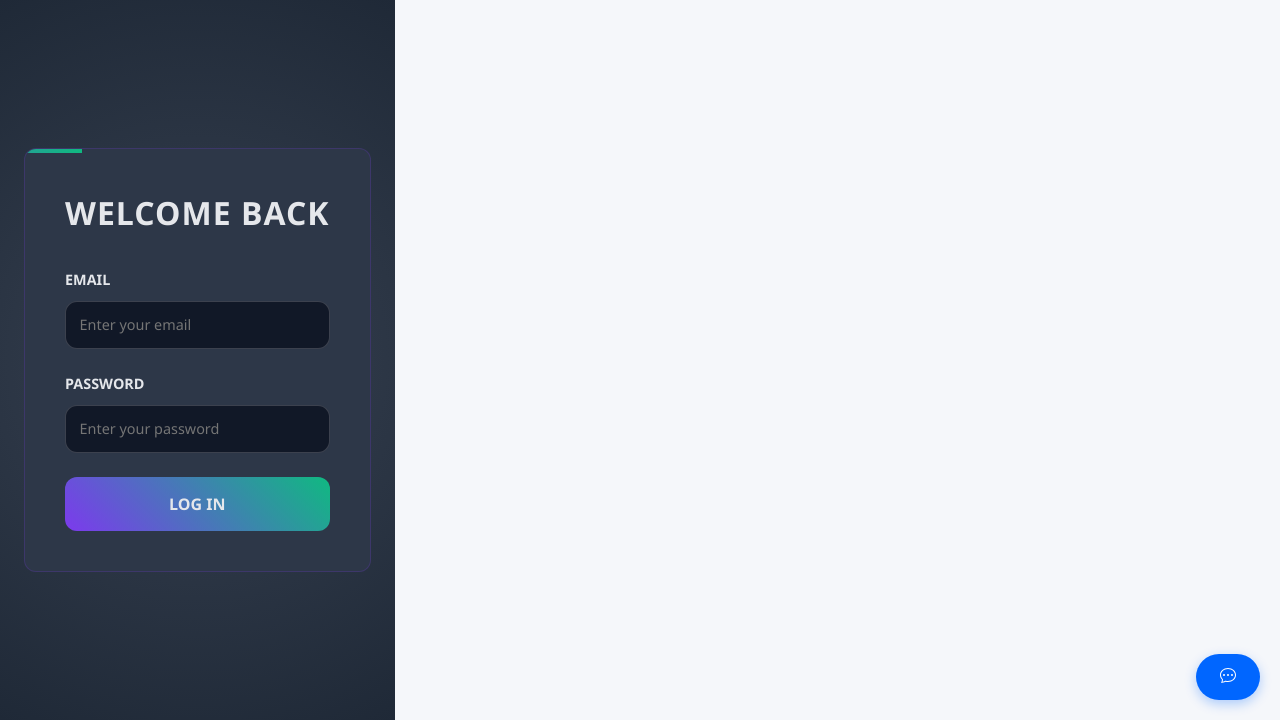
Repository: ferhadsultan98/e-commerce
Page: /
The author's editor kept a copy of each file at every save. The page is drawn from the files as they stood at one save, then again after a run of saves.
The browser window is 1280 px wide. The pictures show the whole page.
The project was rebuilt for these pictures with package versions that can differ from the ones it lists, and the page was loaded fresh each time. Also part of the build but not shown: vite.config.js, src/client/Styles/Products.scss, src/client/Pages/Products/ProductCard.jsx, src/client/Pages/Products/Products.jsx, src/client/Styles/TechSlider.scss, src/client/Pages/TechSlider/TechSlider.jsx, src/client/Styles/TopHeader.scss, src/client/Components/Header/TopHeader.jsx and 28 more.

Above is the page before, as saved 2025-04-22 16:58:15.

### index.html
<!doctype html>
<html lang="en">
  <head>
    <meta charset="UTF-8" />
<link rel="shortcut icon" href="/src/client/Assets/bluelogo.png" type="image/x-icon">
    <meta name="viewport" content="width=device-width, initial-scale=1.0" />
    <title>TechStore</title>
  </head>
  <body>
    <div id="root"></div>
    <script type="module" src="/src/main.jsx"></script>
  </body>
</html>

### src/App.jsx
import React, { useState, useEffect } from 'react';
import './App.scss';
import Router from './Router';
import ChatWidget from './client/Components/Chat/ChatWidget';
import ScrollButton from './client/Components/ScrollButton/ScrollButton';

function App() {
  const [isAuthenticated, setIsAuthenticated] = useState(
    sessionStorage.getItem('isAuthenticated') === 'true'
  );

  useEffect(() => {
    sessionStorage.setItem('isAuthenticated', isAuthenticated);
  }, [isAuthenticated]);

  const handleLogin = () => {
    setIsAuthenticated(true);
  };

  const handleLogout = () => {
    setIsAuthenticated(false);
    sessionStorage.removeItem('isAuthenticated');
  };

  return (
    <>
    <Router
      isAuthenticated={isAuthenticated}
      handleLogin={handleLogin}
      handleLogout={handleLogout}
    />
    <ChatWidget/>
    <ScrollButton/>
    </>
  );
}

export default App;

### src/App.scss
*{
  margin: 0;
  padding: 0;
  box-sizing: border-box;
  font-family: 'Segoe UI', Tahoma, Geneva, Verdana, sans-serif;
}
body{
  background-color: #f5f7fa;
}

### src/client/Components/ScrollButton/ScrollButton.jsx
import React, { useState, useEffect } from "react";
import "../../Styles/ScrollButton.scss";
import { FaChevronUp } from "react-icons/fa";

const ScrollButton = () => {
  const [isVisible, setIsVisible] = useState(false);

  // Butonun görünürlüğünü kontrol et
  useEffect(() => {
    const toggleVisibility = () => {
      if (window.pageYOffset > 300) {
        setIsVisible(true);
      } else {
        setIsVisible(false);
      }
    };

    window.addEventListener("scroll", toggleVisibility);
    return () => window.removeEventListener("scroll", toggleVisibility);
  }, []);

  const scrollToTop = () => {
    const scrollStep = (timestamp) => {
      const start = performance.now();
      const duration = 800; // Animasyon süresi (ms)
      const easeInOutQuad = (t) => (t < 0.5 ? 2 * t * t : -1 + (4 - 2 * t) * t);

      const step = () => {
        const progress = Math.min((performance.now() - start) / duration, 1);
        const easing = easeInOutQuad(progress);
        window.scrollTo(0, (1 - easing) * window.pageYOffset);

        if (progress < 1) {
          requestAnimationFrame(step);
        }
      };

      requestAnimationFrame(step);
    };

    requestAnimationFrame(scrollStep);
  };

  return (
    <>
      {isVisible && (
        <button className="scroll-to-top" onClick={scrollToTop}>
          <FaChevronUp />
        </button>
      )}
    </>
  );
};

export default ScrollButton;

### src/client/Components/Login/Login.jsx
import React, { useState } from 'react';
import { useNavigate } from 'react-router-dom';
import '../../Styles/Login.scss';

const Login = ({ onLogin }) => {
  const [email, setEmail] = useState('');
  const [password, setPassword] = useState('');
  const [error, setError] = useState(null);
  const [loading, setLoading] = useState(false);

  const navigate = useNavigate();

  const handleLogin = async (e) => {
    e.preventDefault();
    setError(null);
    setLoading(true);

    try {
      // Simple authentication logic
      if (email && password) {
        sessionStorage.setItem('isAuthenticated', 'true');
        onLogin();
        navigate('/');
      } else {
        throw new Error('Invalid email or password');
      }
    } catch (error) {
      setError(error.message || 'An error occurred. Please try again.');
    } finally {
      setLoading(false);
    }
  };

  return (
    <div className="loginContainer">
      <div className="loginCard">
        <h2>Welcome Back</h2>
        {error && <div className="errorMessage">{error}</div>}
        <form onSubmit={handleLogin}>
          <div className="inputGroup">
            <label htmlFor="email">Email</label>
            <input
              type="email"
              id="email"
              value={email}
              onChange={(e) => setEmail(e.target.value)}
              placeholder="Enter your email"
              required
              disabled={loading}
            />
          </div>
          <div className="inputGroup">
            <label htmlFor="password">Password</label>
            <input
              type="password"
              id="password"
              value={password}
              onChange={(e) => setPassword(e.target.value)}
              placeholder="Enter your password"
              required
              disabled={loading}
            />
          </div>
          <button type="submit" className="loginBtn" disabled={loading}>
            {loading ? 'Logging In...' : 'Log In'}
          </button>
        </form>
      </div>
    </div>
  );
};

export default Login;

### src/client/Styles/ChatWidget.scss
.chatWidget {
  position: fixed;
  bottom: 20px;
  right: 20px;
  z-index: 3000;
  font-family: "Segoe UI", Tahoma, Geneva, Verdana, sans-serif;

  ::-webkit-scrollbar {
    width: 6px;
    height: 6px;
  }

  ::-webkit-scrollbar-track {
    background: transparent;
  }

  ::-webkit-scrollbar-thumb {
    background-color: #888;
    border-radius: 10px;
  }

  ::-webkit-scrollbar-thumb:hover {
    background-color: #555;
  }

  ::-webkit-scrollbar-button {
    display: none;
    height: 0;
    width: 0;
    background: transparent;
  }

  * {
    scrollbar-width: thin;
    scrollbar-color: #888 transparent;
  }

  .chatButton {
    background-color: #0066ff;
    color: white;
    border: none;
    border-radius: 24px;
    padding: 12px 24px;
    font-size: 16px;
    font-weight: 600;
    cursor: pointer;
    box-shadow: 0 4px 12px rgba(0, 102, 255, 0.3);
    transition: all 0.3s ease;

    &:hover {
      transform: translateY(-2px);
      box-shadow: 0 6px 16px rgba(0, 102, 255, 0.4);
    }

    &.active {
      background-color: #0044cc;
      transform: scale(0.95);
      box-shadow: 0 2px 8px rgba(0, 102, 255, 0.4);
    }
  }

  .chatContainer {
    position: fixed;
    bottom: 80px;
    right: 20px;
    width: 350px;
    height: 500px;
    background-color: white;
    border-radius: 12px;
    box-shadow: 0 10px 25px rgba(0, 0, 0, 0.1);
    display: flex;
    flex-direction: column;
    transform: translateY(20px);
    opacity: 0;
    pointer-events: none;
    transition: all 0.4s cubic-bezier(0.175, 0.885, 0.32, 1.275);
    overflow: hidden;

    &.open {
      transform: translateY(0);
      opacity: 1;
      pointer-events: all;
    }

    .chatHeader {
      background-color: #0066ff;
      color: white;
      padding: 16px;
      display: flex;
      justify-content: space-between;
      align-items: center;

      h3 {
        margin: 0;
        font-size: 18px;
      }

      .closeButton {
        background: none;
        border: none;
        color: white;
        font-size: 24px;
        cursor: pointer;
        width: 30px;
        height: 30px;
        display: flex;
        align-items: center;
        justify-content: center;
        border-radius: 50%;
        transition: background-color 0.2s;

        &:hover {
          background-color: rgba(255, 255, 255, 0.2);
        }
      }
    }

    .chatMessages {
      flex: 1;
      padding: 16px;
      overflow-y: auto;
      display: flex;
      flex-direction: column;
      gap: 12px;

      .welcomeMessage {
        background-color: #f1f5ff;
        padding: 14px;
        border-radius: 12px;
        align-self: flex-start;
        max-width: 80%;
        position: relative;
        animation: fadeIn 0.5s ease-out;

        p {
          margin: 0 0 12px 0;
        }

        .messageTime,
        .messageDate {
          font-size: 11px;
          color: #888;
          margin-right: 8px;
        }
      }

      .message {
        display: flex;
        margin-bottom: 8px;
        animation: fadeIn 0.5s ease-out;

        .messageContent {
          padding: 12px;
          border-radius: 12px;
          max-width: 80%;
          position: relative;

          p {
            margin: 0 0 6px 0;
            word-wrap: break-word;
          }

          .messageMetadata {
            display: flex;
            font-size: 11px;
            color: #888;
            margin-top: 4px;

            .messageTime {
              margin-right: 8px;
            }
          }
        }

        &.userMessage {
          justify-content: flex-end;

          .messageContent {
            background-color: #0066ff;
            color: white;
            border-bottom-right-radius: 4px;

            .messageMetadata {
              color: rgba(255, 255, 255, 0.8);
            }
          }
        }

        &.botMessage {
          justify-content: flex-start;

          .messageContent {
            background-color: #f1f5ff;
            color: #333;
            border-bottom-left-radius: 4px;
          }
        }

        &.operatorMessage {
          justify-content: flex-start;

          .messageContent {
            background-color: #ffd166;
            color: #333;
            border-bottom-left-radius: 4px;
          }
        }
      }

      .quickQuestions {
        margin-top: 16px;
        display: flex;
        flex-direction: column;
        gap: 8px;
        animation: fadeIn 0.6s ease-out;

        p {
          margin: 0 0 8px 0;
          font-size: 14px;
          color: #666;
        }

        .quickQuestion {
          background-color: #f1f5ff;
          border: 1px solid #e1e5ff;
          border-radius: 18px;
          padding: 10px 16px;
          font-size: 14px;
          cursor: pointer;
          transition: all 0.2s;
          text-align: left;

          &:hover {
            background-color: #e1e5ff;
            transform: translateY(-1px);
          }

          &:active {
            transform: translateY(1px);
          }
        }
      }

      .operatorOption {
        display: flex;
        justify-content: center;
        margin-top: 16px;
        animation: fadeIn 0.5s ease-out;

        button {
          background-color: #0066ff;
          color: white;
          border: none;
          border-radius: 18px;
          padding: 10px 20px;
          font-size: 14px;
          cursor: pointer;
          transition: all 0.2s;

          &:hover {
            background-color: #0044cc;
          }
        }
      }
    }

    .chatInputForm {
      display: flex;
      gap: 8px;
      padding: 12px;
      background-color: #f9f9f9;
      border-top: 1px solid #eee;

      input {
        flex: 1;
        padding: 12px 16px;
        border: 1px solid #ddd;
        border-radius: 24px;
        font-size: 14px;

        &:focus {
          outline: none;
          border-color: #0066ff;
        }
      }

      .emojiButton,
      .sendButton {
        width: 40px;
        height: 40px;
        border-radius: 50%;
        display: flex;
        align-items: center;
        justify-content: center;
        cursor: pointer;
        border: none;
        transition: all 0.2s;
      }

      .emojiButton {
        background-color: #f1f5ff;
        color: #666;

        &:hover {
          background-color: #e1e5ff;
        }
      }

      .sendButton {
        background-color: #0066ff;
        color: white;

        &:hover {
          background-color: #0044cc;
        }

        &:before {
          content: "→";
          font-size: 20px;
        }
      }
    }
  }
}

@keyframes fadeIn {
  from {
    opacity: 0;
    transform: translateY(10px);
  }
  to {
    opacity: 1;
    transform: translateY(0);
  }
}

@media screen and (max-width: 768px) {
  .chatWidget {
    .chatContainer {
      width: 300px;
      height: 450px;
      bottom: 70px;
    }
  }
}

@media screen and (max-width: 480px) {
  .chatWidget {
    bottom: 0;
    right: 0;

    .chatButton {
      border-radius: 50%;
      width: 50px;
      height: 50px;
      position: fixed;
      bottom: 0;
      left: 0;
      right: 0;
    }

    .chatContainer {
      width: 100%;
      height: calc(100vh - 120px);
      bottom: 60px;
      right: 0;
      border-radius: 0;

      &.open {
        bottom: 45px;
      }
    }
  }
}

### src/client/Styles/Login.scss
/* Variables */
$primary-color: #7c3aed;
$background-color: #1f2937;
$card-bg: #2d3748;
$accent-color: #10b981;
$error-color: #ef4444;
$text-color: #e5e7eb;
$border-radius: 12px;
$glow-shadow: 0 0 12px rgba($primary-color, 0.3);

/* Base styles */
.loginContainer {
  display: flex;
  justify-content: center;
  align-items: center;
  min-height: 100vh;
  background: radial-gradient(circle at center, #374151 0%, $background-color 100%);
  padding: 1.5rem;
}

.loginCard {
  background: $card-bg;
  padding: 2.5rem;
  border-radius: $border-radius;
  border: 1px solid rgba($primary-color, 0.2);
  width: 100%;
  max-width: 420px;
  position: relative;
  overflow: hidden;
  transition: all 0.3s ease;

  &::before {
    content: '';
    position: absolute;
    top: 0;
    left: 0;
    width: 100%;
    height: 4px;
    background: linear-gradient(90deg, $primary-color, $accent-color);
    animation: slideGlow 3s infinite;
  }

  h2 {
    color: $text-color;
    font-size: 2rem;
    font-weight: 700;
    margin-bottom: 2rem;
    text-transform: uppercase;
    letter-spacing: 1px;
  }
}

@keyframes slideGlow {
  0% { transform: translateX(-100%); }
  50% { transform: translateX(100%); }
  100% { transform: translateX(-100%); }
}

.errorMessage {
  background: rgba($error-color, 0.2);
  color: $error-color;
  padding: 1rem;
  border-radius: $border-radius;
  margin-bottom: 1.5rem;
  font-size: 0.9rem;
  border-left: 4px solid $error-color;
}

.inputGroup {
  margin-bottom: 1.5rem;
  position: relative;
  display: flex;
  flex-direction: column;

  label {
    display: block;
    color: $text-color;
    font-size: 0.9rem;
    font-weight: 600;

    text-transform: uppercase;
  }

  input {
    width: 100%;
    padding: 0.85rem;
    background: #111827;
    border: 1px solid rgba($text-color, 0.2);
    border-radius: $border-radius;
    color: $text-color;
    font-size: 0.9rem;
    transition: all 0.3s ease;

    &:focus {
      outline: none;
      border-color: $primary-color;
      box-shadow: $glow-shadow;
    }

    &:disabled {
      background: #1f2937;
      opacity: 0.6;
      cursor: not-allowed;
    }
  }
}

.loginBtn {
  width: 100%;
  padding: 1rem;
  background: linear-gradient(45deg, $primary-color, $accent-color);
  color: $text-color;
  border: none;
  border-radius: $border-radius;
  font-size: 1rem;
  font-weight: 600;
  text-transform: uppercase;
  cursor: pointer;
  transition: all 0.3s ease;
  position: relative;
  overflow: hidden;

  &:hover:not(:disabled) {
    transform: scale(1.02);
    box-shadow: $glow-shadow;
  }

  &:disabled {
    background: #4b5563;
    cursor: not-allowed;
  }

  &::after {
    content: '';
    position: absolute;
    top: 50%;
    left: 50%;
    width: 0;
    height: 0;
    background: rgba(255, 255, 255, 0.2);
    border-radius: 50%;
    transform: translate(-50%, -50%);
    transition: all 0.4s ease;
  }

  &:hover::after {
    width: 200%;
    height: 200%;
  }
}

/* Responsive design */
@media (max-width: 640px) {
  .loginCard {
    padding: 2rem;
    max-width: 90%;

    h2 {
      font-size: 1.75rem;
    }
  }

  .inputGroup {
    margin-bottom: 1.25rem;

    input {
      padding: 0.75rem;
    }
  }

  .loginBtn {
    padding: 0.85rem;
  }
}

@media (max-width: 480px) {
  .loginContainer {
    padding: 1rem;
  }

  .loginCard {
    padding: 1.5rem;

    h2 {
      font-size: 1.5rem;
    }
  }

  .errorMessage {
    padding: 0.75rem;
    font-size: 0.85rem;
  }
}

### src/client/Styles/Footer.scss
.footerWrapper {
    background-color: #1a202c;
    color: #e2e8f0;
    font-family: "Inter", sans-serif;
    padding-top: 60px;
  }

  .footerContainer {
    max-width: 1280px;
    margin: 0 auto;
    padding: 0 20px;
  }

  .footerTop {
    border-bottom: 1px solid #4a5568;
    padding-bottom: 40px;
  }

  .footerTop .footerContainer {
    display: grid;
    grid-template-columns: repeat(auto-fit, minmax(200px, 1fr));
    gap: 30px;
  }

  .footerColumn {
    display: flex;
    flex-direction: column;
    gap: 20px;
  }

  .footerLogo {
    h2 {
      font-size: 24px;
      font-weight: 700;
      color: #ffffff;
      margin-bottom: 10px;
    }

    p {
      font-size: 14px;
      color: #a0aec0;
    }
  }

  .footerSocial {
    display: flex;
    gap: 15px;

    .socialIcon {
      color: #a0aec0;
      transition: color 0.3s ease;

      &:hover {
        color: #3182ce;
      }
    }
  }

  .footerColumn h3 {
    font-size: 18px;
    font-weight: 600;
    color: #ffffff;
    margin-bottom: 15px;
  }

  .footerLinks {
    list-style: none;
    padding: 0;
    margin: 0;
    display: flex;
    flex-direction: column;
    gap: 10px;

    li {
      a {
        color: #a0aec0;
        text-decoration: none;
        font-size: 14px;
        transition: color 0.3s ease;

        &:hover {
          color: #3182ce;
        }
      }
    }
  }

  .subscribeColumn {
    max-width: 300px;

    p {
      font-size: 14px;
      color: #a0aec0;
      margin-bottom: 20px;
    }
  }

  .subscribeForm {
    display: flex;
    flex-direction: column;
    gap: 10px;
  }

  .inputGroup {
    display: flex;
    gap: 10px;
  }

  .subscribeForm input {
    flex: 1;
    padding: 10px 15px;
    border: 1px solid #4a5568;
    background-color: #2d3748;
    color: #e2e8f0;
    border-radius: 4px;
    font-size: 14px;
    outline: none;

    &::placeholder {
      color: #a0aec0;
    }

    &.inputError {
      border-color: #e53e3e;
    }
  }

  .subscribeButton {
    padding: 10px 20px;
    background-color: #3182ce;
    border: none;
    border-radius: 4px;
    color: #ffffff;
    font-size: 14px;
    font-weight: 500;
    cursor: pointer;
    transition: background-color 0.3s ease;

    &:hover {
      background-color: #2b6cb0;
    }
  }

  .statusMessage {
    font-size: 13px;
    padding: 8px;
    border-radius: 4px;
    text-align: center;

    &.successMessage {
      background-color: #2f855a;
      color: #ffffff;
    }

    &.errorMessage {
      background-color: #e53e3e;
      color: #ffffff;
    }
  }

  .footerBottom {
    padding: 20px 0;
    font-size: 14px;
  }

  .footerBottom .footerContainer {
    display: flex;
    justify-content: space-between;
    align-items: center;
    flex-wrap: wrap;
    gap: 20px;
  }

  .footerCopyright {
    color: #a0aec0;
  }

  .footerLegal {
    display: flex;
    gap: 20px;

    a {
      color: #a0aec0;
      text-decoration: none;
      transition: color 0.3s ease;

      &:hover {
        color: #3182ce;
      }
    }
  }

  /* Responsive Styles */
  @media screen and (max-width: 992px) {
    .footerTop .footerContainer {
      grid-template-columns: repeat(auto-fit, minmax(180px, 1fr));
    }

    .subscribeColumn {
      max-width: 100%;
    }
  }

  @media screen and (max-width: 768px) {
    .footerWrapper {
      padding-top: 40px;
    }

    .footerTop {
      padding-bottom: 30px;
    }

    .footerTop .footerContainer {
      gap: 20px;
    }

    .footerLogo h2 {
      font-size: 20px;
    }

    .footerColumn h3 {
      font-size: 16px;
    }

    .footerLinks li a {
      font-size: 13px;
    }

    .subscribeForm input,
    .subscribeButton {
      font-size: 13px;
    }
  }

  @media screen and (max-width: 576px) {
    .footerBottom .footerContainer {
      flex-direction: column;
      align-items: flex-start;
    }

    .footerLegal {
      flex-direction: column;
      gap: 10px;
    }

    .inputGroup {
      flex-direction: column;
    }

    .subscribeButton {
      width: 100%;
      text-align: center;
    }
  }

Loaded but not shown: src/main.jsx (common file); src/index.css (common file); src/client/Pages/Products/Products.json (1077 lines, source omitted); src/client/Components/Chat/ChatWidget.jsx (240 lines, source omitted); src/Router.jsx (171 lines, source omitted)

After the next 2 saves:
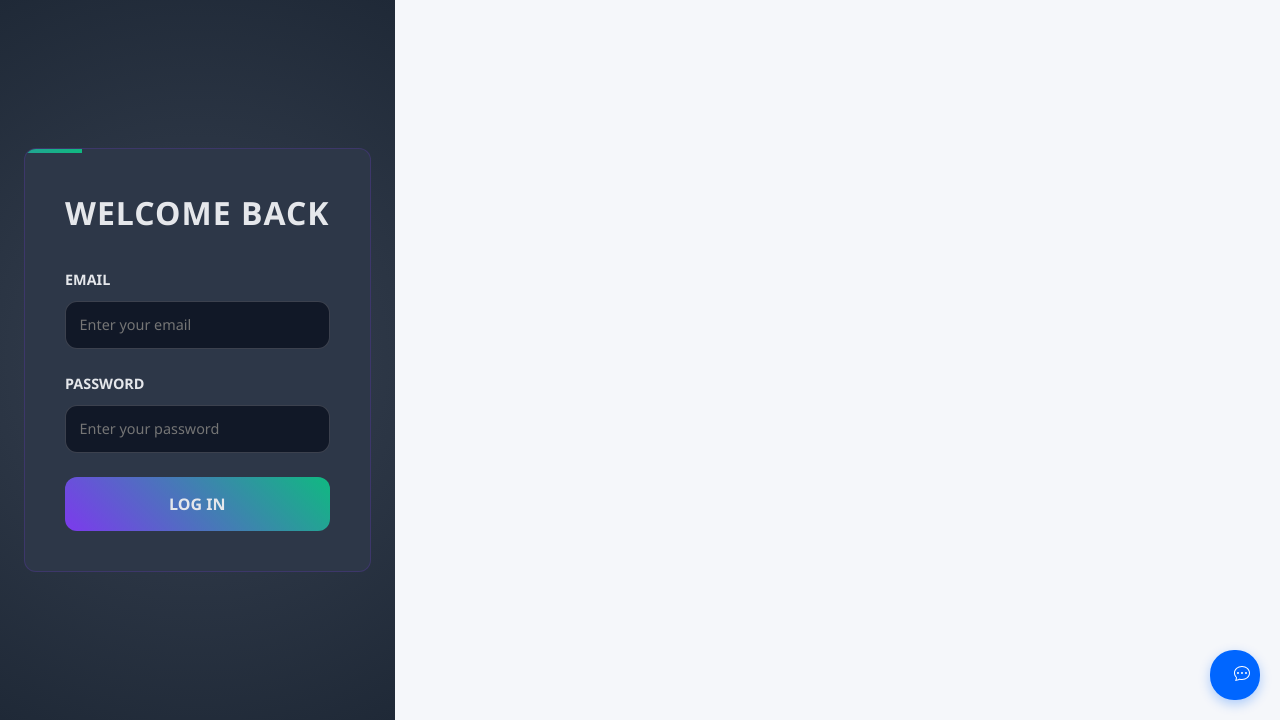
The 2 saves are shown as one change because they came seconds apart.
The last was saved 25 s later.
--- a/src/client/Styles/ChatWidget.scss
+++ b/src/client/Styles/ChatWidget.scss
@@ -43,6 +43,8 @@
     padding: 12px 24px;
     font-size: 16px;
     font-weight: 600;
+    width: 50px;
+    height: 50px;
     cursor: pointer;
     box-shadow: 0 4px 12px rgba(0, 102, 255, 0.3);
     transition: all 0.3s ease;
